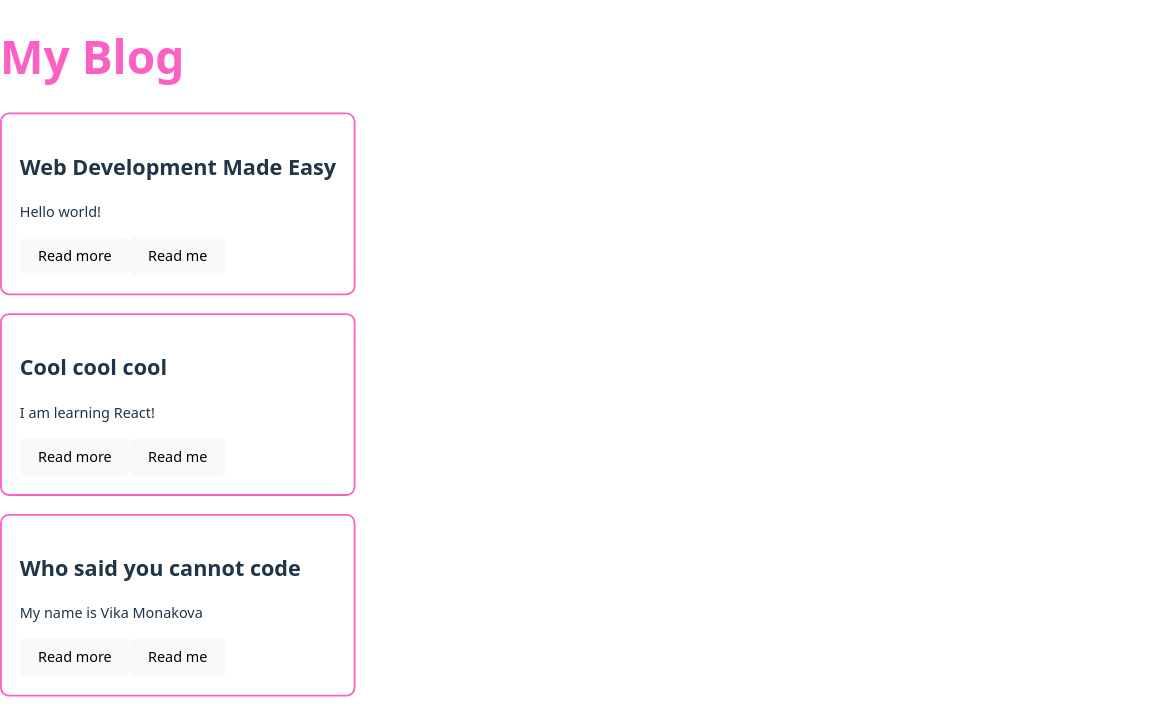
Repository: monavi77/front_web_dev_week1
Page: /
An editor plug-in stored every save of this project. The page is shown before and after the next save, followed by the edit.
The browser window is 1280 px wide. The pictures show the whole page, at 90% of full size.
The project was rebuilt for these pictures with package versions that can differ from the ones it lists, and the page was loaded fresh each time. Also part of the build but not shown: vite.config.js.

Above is the page before, as saved 2025-09-10 14:04:31.

After the next save:
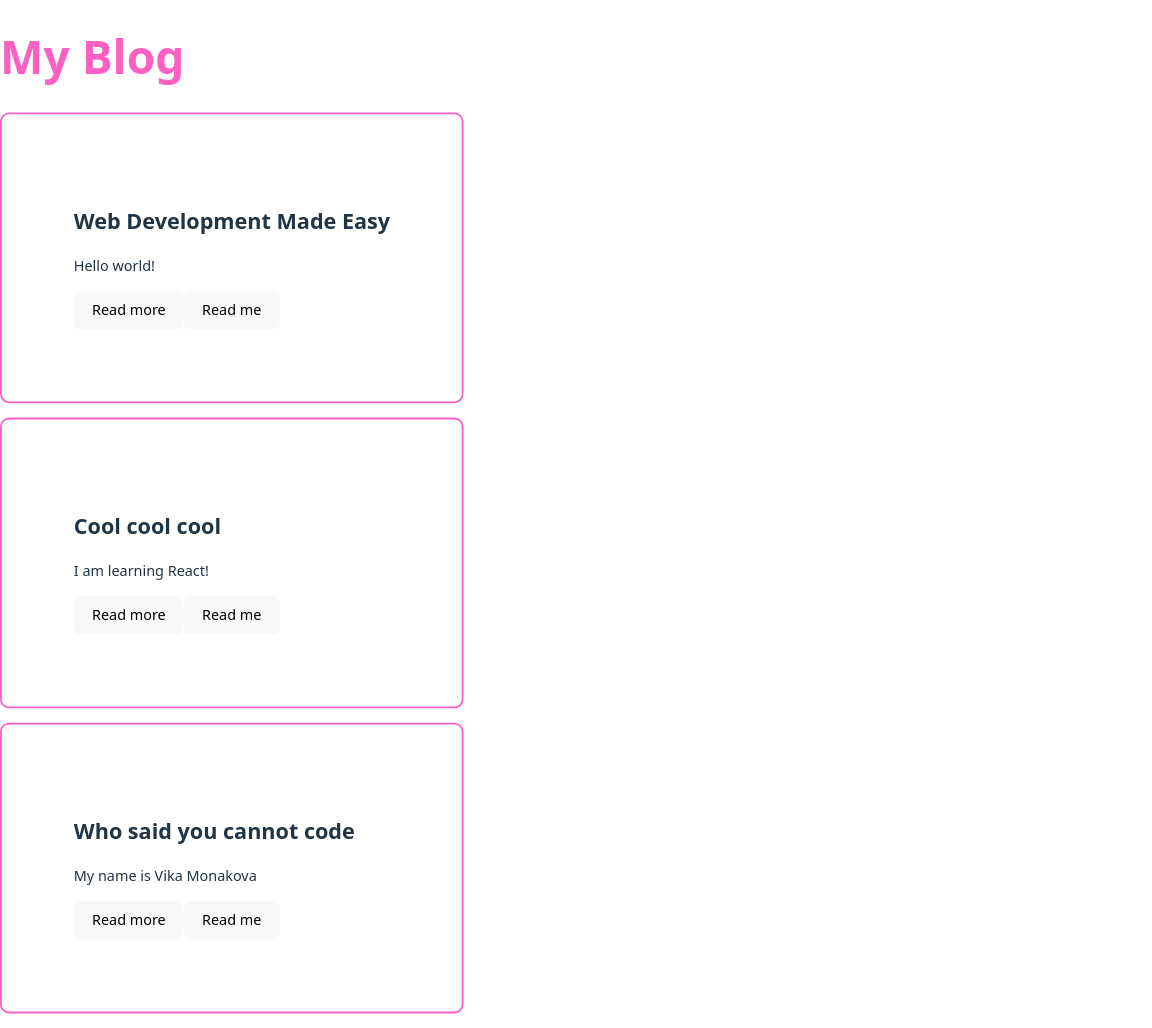
Saved 22 s later.
--- a/src/index.css
+++ b/src/index.css
@@ -75,8 +75,8 @@ h1 {
 .entry {
   border: 2px solid #fb61c2;
   border-radius: 10px;
-  padding: 20px;
-  margin: 20px auto;
+  padding: 5em;
+  margin: 1em auto;
   max-width: 600px;
   text-align: left;
 }
